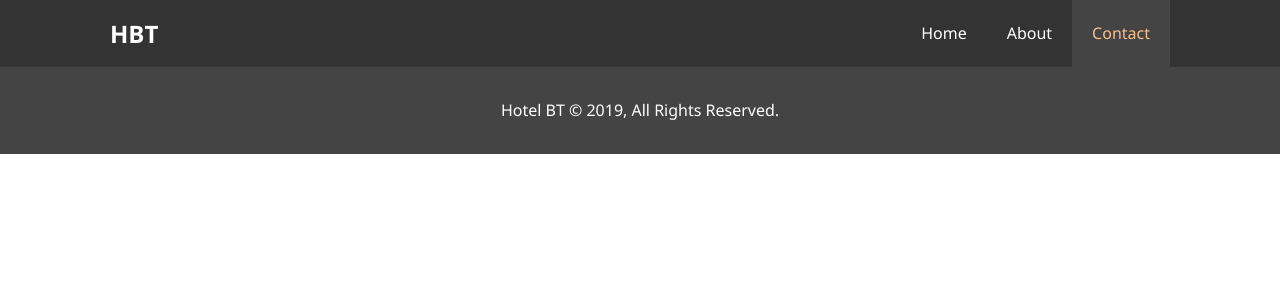
Repository: minhtien9/hotel-website
Page: contact.html
These files come from the project's save history. The page is drawn as it stood at one moment and after the next save; the edit follows.
The browser window is 1280 px wide. The pictures show the whole page.

Above is the page before, as saved 2021-08-14 18:49:32.

### contact.html
<!DOCTYPE html>
<html lang="en">

<head>
    <meta charset="UTF-8" />
    <meta http-equiv="X-UA-Compatible" content="IE=edge" />
    <meta name="viewport" content="width=device-width, initial-scale=1.0" />
    <meta name="description" content="Welcome to the most extraordinary hotel in Boston Massachusetts" />
    <meta name="keywords" content="hotel, boston hotel, new england hotel" />
    <link rel="stylesheet" href="https://cdnjs.cloudflare.com/ajax/libs/font-awesome/5.15.4/css/all.min.css" integrity="sha512-1ycn6IcaQQ40/MKBW2W4Rhis/DbILU74C1vSrLJxCq57o941Ym01SwNsOMqvEBFlcgUa6xLiPY/NS5R+E6ztJQ==" crossorigin="anonymous" referrerpolicy="no-referrer"
    />
    <link rel="stylesheet" href="css/style.css" />
    <title>Hotel BT | Contact</title>
</head>

<body>
    <header>
        <nav id="navbar">
            <div class="container">
                <h1 class="logo">
                    <a href="index.html"></a> HBT</h1>
                <ul>
                    <li><a href="index.html">Home</a></li>
                    <li><a href="about.html">About</a></li>
                    <li><a class="current" href="contact.html">Contact</a></li>
                </ul>
            </div>
        </nav>
    </header>

    <footer id="main-footer">
        <p>Hotel BT &copy; 2019, All Rights Reserved.</p>
    </footer>
</body>

</html>

### css/style.css
/* Reset */

* {
    margin: 0;
    padding: 0;
    box-sizing: border-box;
}


/* Main Styling */

html,
body {
    font-family: 'Segoe UI', Tahoma, Geneva, Verdana, sans-serif;
    line-height: 1.7em;
}

a {
    color: #333;
    text-decoration: none;
}

h1,
h2,
h3 {
    padding-bottom: 20px;
}

p {
    margin: 10px 0;
}


/* Utility Classes */

.container {
    margin: auto;
    max-width: 1100px;
    overflow: auto;
    padding: 0 20px;
}

.text-primary {
    color: #f7c08a;
}

.lead {
    font-size: 20px;
}

.btn {
    display: inline-block;
    font-size: 18px;
    color: #fff;
    background: #333;
    padding: 13px 20px;
    border: none;
    cursor: pointer;
}

.btn:hover {
    background: #f7c08a;
    color: #333;
}

.btn-light {
    background: #f4f4f4;
    color: #333;
}

.bg-dark {
    background: #333;
    color: #fff;
}

.bg-light {
    background: #f4f4f4;
    color: #333;
}

.bg-primary {
    background: #f7c08a;
    color: #333;
}

.clr {
    clear: both;
}

.l-heading {
    font-size: 40px;
}


/* Padding */

.py-1 {
    padding: 10px 0;
}

.py-2 {
    padding: 20px 0;
}

.py-3 {
    padding: 30px 0;
}


/* Navbar */

#navbar {
    background: #333;
    color: #fff;
    overflow: auto;
}

#navbar a {
    color: #fff;
}

#navbar h1 {
    float: left;
    padding-top: 20px;
}

#navbar ul {
    list-style: none;
    float: right;
}

#navbar ul li {
    float: left;
}

#navbar ul li a {
    display: block;
    padding: 20px;
    text-align: center;
}

#navbar ul li a:hover,
#navbar ul li a.current {
    background: #444;
    color: #f7c08a;
}


/* Show case */

#showcase {
    background: url('../img/showcase.jpg') no-repeat center center/cover;
    height: 600px;
}

#showcase .showcase-content {
    color: #fff;
    text-align: center;
    padding-top: 170px;
}

#showcase .showcase-content h1 {
    font-size: 60px;
    line-height: 1.2em;
}

#showcase .showcase-content p {
    padding: bottom 20px;
    line-height: 1.7em;
}


/* Home info */

#home-info {
    height: 400px;
}

#home-info .info-img {
    float: left;
    width: 50%;
    background: url('../img/photo-1.jpg') no-repeat;
    min-height: 100%;
}

#home-info .info-content {
    float: right;
    width: 50%;
    height: 100%;
    text-align: center;
    padding: 50px 30px;
    overflow: hidden;
}

#home-info .info-content p {
    padding-bottom: 30px;
}


/* Features */

.box {
    float: left;
    width: 33.3%;
    padding: 50px;
    text-align: center;
}

.box i {
    margin-bottom: 10px;
}


/* About */

#about-info .info-right {
    float: right;
    width: 50%;
    min-height: 100%;
}

#about-info .info-right img {
    display: block;
    margin: auto;
    width: 70%;
    border-radius: 50%;
}

#about-info .info-left {
    float: left;
    width: 50%;
    min-height: 100%;
}


/* Testimonials */

#testimonials {
    height: 600px;
    background: url('../img/test-bg.jpg') no-repeat center center/cover;
    padding-top: 100px;
}

#testimonials h2 {
    color: #fff;
    text-align: center;
    padding-bottom: 40px;
}

#testimonials .testimonial {
    padding: 20px;
    margin-bottom: 40px;
    border-radius: 5px;
    opacity: 0.9;
}

#testimonials .testimonial img {
    width: 100px;
    float: left;
    margin: -13px 20px 0 0;
    border-radius: 50%;
}


/* Footer */

#main-footer {
    text-align: center;
    background: #444;
    color: #fff;
    padding: 20px;
}

After the next save:
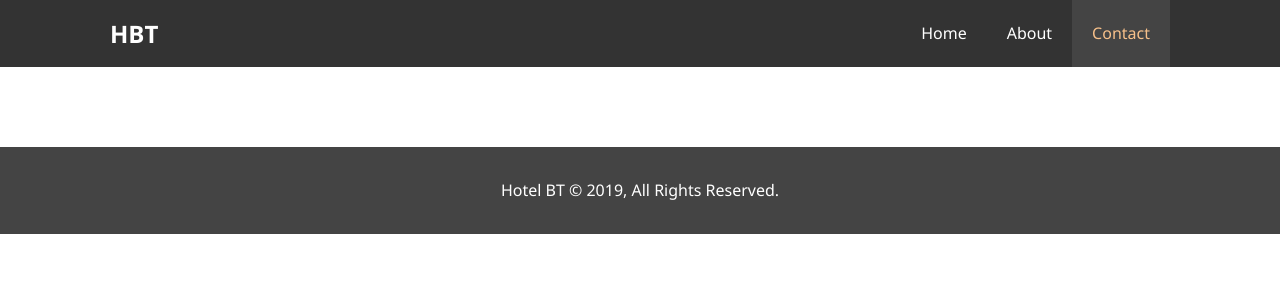
Saved 54 s later.
--- a/contact.html
+++ b/contact.html
@@ -27,7 +27,11 @@
             </div>
         </nav>
     </header>
-
+    <section id="contact-form" class="py-3">
+        <div class="container">
+            <h1 class="l-heading"></h1>
+        </div>
+    </section>
     <footer id="main-footer">
         <p>Hotel BT &copy; 2019, All Rights Reserved.</p>
     </footer>
